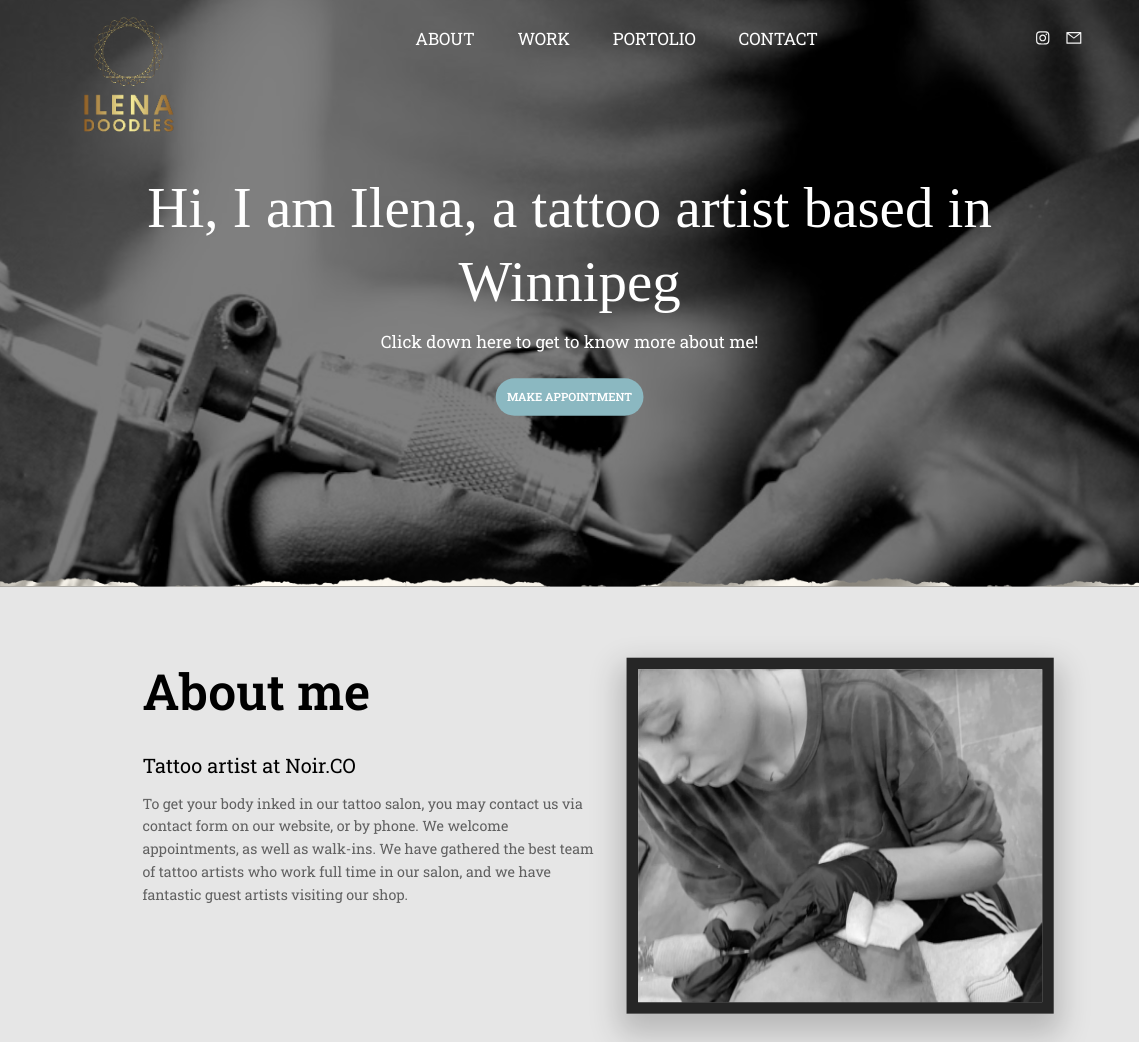
Repository: Leoka2000/Ilena
Page: /
These files come from the project's save history. The page is drawn as it stood at one moment and after a run of saves; the edit follows.
The browser window is 1280 px wide. The pictures show the whole page, at 89% of full size.
Some web fonts or font styles are not loaded; a fallback is used. The project was rebuilt for these pictures with package versions that can differ from the ones it lists, and the page was loaded fresh each time. Also part of the build but not shown: src/App.css.

Above is the page before, as saved 2023-03-02 23:48:38.

### public/index.html
<!DOCTYPE html>
<html lang="en">
  <head>
    <meta charset="utf-8" />
    <link rel="icon" href="%PUBLIC_URL%/favicon.ico" />
    <meta name="viewport" content="width=device-width, initial-scale=1" />
    <meta name="theme-color" content="#000000" />
    <meta
      name="description"
      content="Web site created using create-react-app"
    />
    <link rel="apple-touch-icon" href="%PUBLIC_URL%/logo192.png" />
    <!--
      manifest.json provides metadata used when your web app is installed on a
      user's mobile device or desktop. See https://developers.google.com/web/fundamentals/web-app-manifest/
    -->

    <!-- Gloock -->
    <link rel="preconnect" href="https://fonts.googleapis.com">
<link rel="preconnect" href="https://fonts.gstatic.com" crossorigin>
<link href="https://fonts.googleapis.com/css2?family=Fira+Sans+Extra+Condensed:wght@300&family=Inter:wght@300;400;500;600;700&family=Roboto+Condensed:wght@300&family=Roboto+Slab:wght@400;500;600&display=swap" rel="stylesheet">
    <!-- Gloock -->
    <!-- FONT MULISH -->
    <link rel="preconnect" href="https://fonts.googleapis.com">
<link rel="preconnect" href="https://fonts.gstatic.com" crossorigin>
<link href="https://fonts.googleapis.com/css2?family=Fira+Sans+Extra+Condensed:wght@300&family=Inter:wght@300;400;500;600;700&family=Roboto+Condensed:wght@300&family=Roboto+Slab:wght@400;500;600&display=swap" rel="stylesheet">
    <!-- FONT MULISH -->
    <link rel="manifest" href="%PUBLIC_URL%/manifest.json" />
    <!--
      Notice the use of %PUBLIC_URL% in the tags above.
      It will be replaced with the URL of the `public` folder during the build.
      Only files inside the `public` folder can be referenced from the HTML.

      Unlike "/favicon.ico" or "favicon.ico", "%PUBLIC_URL%/favicon.ico" will
      work correctly both with client-side routing and a non-root public URL.
      Learn how to configure a non-root public URL by running `npm run build`.
    -->
    <title>React App</title>
  </head>
  <body>
    <noscript>You need to enable JavaScript to run this app.</noscript>
    <div id="root"></div>
    <!--
      This HTML file is a template.
      If you open it directly in the browser, you will see an empty page.

      You can add webfonts, meta tags, or analytics to this file.
      The build step will place the bundled scripts into the <body> tag.

      To begin the development, run `npm start` or `yarn start`.
      To create a production bundle, use `npm run build` or `yarn build`.
    -->
  </body>
</html>

### src/App.js
import Home from './pages/home/home'
import './App.css';
import Navbar from './components/navbar';

function App() {
  return (
    <>
      <Navbar/>
    <Home/>
    </>
  );
}

export default App;

### src/pages/home/home.js
import React from 'react'
import Hero from '../hero/hero'
import About from '../about/about'


const home = () => {
  return (
    <>
      <Hero/>
      <About/>
    </>
  )
}

export default home

### src/components/navbar.jsx
import React, { useRef, useState } from 'react'
import './navbar.css'
import { AiOutlineInstagram } from 'react-icons/ai'
import { AiOutlineMail } from 'react-icons/ai'
import Logo from '../assets/brand/logo.png'
import { FaBars } from 'react-icons/fa'
import { FaTimes } from 'react-icons/fa'
import { Link } from 'react-scroll'

const Navbar = () => {
  const navRef = useRef();

  const showNavbar = () => {
    navRef.current.classList.toggle("responsive_nav");
  };

  return (
    <div className='navbar-renderer'>
      <nav ref={navRef}>
        <img src={Logo} />
        <ul>
          <li><Link onClick={showNavbar} spy={true} smooth={true} offset={100} duration={500}>ABOUT</Link></li>
          <li><Link onClick={showNavbar} spy={true} smooth={true} offset={100} duration={500}>WORK</Link></li>
          <li><Link onClick={showNavbar} spy={true} smooth={true} offset={100} duration={500}>PORTOLIO</Link></li>
          <li><Link onClick={showNavbar} spy={true} smooth={true} offset={100} duration={500}>CONTACT</Link></li>
        </ul>
        <div className='navbar-icons-wrapper'>
          <a><AiOutlineInstagram /></a>
          <a><AiOutlineMail /></a>
        </div>
        <button
          className="close"
          onClick={showNavbar}>
          <FaTimes />
        </button>
      </nav>

      <button onClick={showNavbar} className='bars-button'>
        <FaBars className='bars' />
      </button>
    </div>
  )
}

export default Navbar

### src/pages/hero/hero.js
import React from 'react'
import './hero.css'

const hero = () => {
  return (
    <section className='hero-section'>
      <h1>Hi, I am Ilena, a tattoo artist based in Winnipeg</h1>
      <p>Click down here to get to know more about me!</p>
      <button>MAKE APPOINTMENT</button>
    </section>
  )
}

export default hero

### src/pages/about/about.jsx
import React from 'react'
import './about.css'
import Illena from '../../assets/brand/Illena.jpg'
import Illena2 from '../../assets/brand/Illena2.jpg'

const About = () => {
  return (
    <section className='about-section'>
      <div className='left-about'>
        <h1>About me</h1>
        <h3>Tattoo artist at Noir.CO</h3>
        <p>To get your body inked in our tattoo salon, you may contact us via contact form on our website, or by phone. We welcome appointments, as well as walk-ins. We have gathered the best team of tattoo artists who work full time in our salon, and we have fantastic guest artists visiting our shop.</p>
      </div>
      <div className='right-about'>
        <div className='img-thumbnail'><img src={Illena2}/></div>
      </div>
    </section>
  )
}

export default About

### src/components/navbar.css
.navbar-renderer {
    display: flex;
    justify-content: center;
    position:absolute;
    width: 100%;
    z-index: 1;
}
nav {
    display: flex;
    height: 85px;
background-color: transparent;
justify-content: space-between;
align-items: center;
width: 90%;
font-family: 'Fira Sans Extra Condensed', sans-serif;
font-family: 'Inter', sans-serif;
font-family: 'Roboto Condensed', sans-serif;
font-family: 'Roboto Slab', serif;

}
nav > img {
width: 10rem;
height: 10rem;
margin-top: 5rem;
}

nav > ul {
    display: flex;
    gap: 3rem;
    font-size: 1.2rem;
    color: white;
}
nav > ul > li:hover {
    color: rgb(133, 113, 0);
}
nav > ul > li {
   list-style: none;
   cursor: pointer;
   transition: 0.5s;

}
.navbar-icons-wrapper {
    display: flex;
    color: whitesmoke;
    font-size: 1.2rem;
    gap: 1rem;

}
.navbar-icons-wrapper > a > svg {
    transition: 0.4s;
}
.navbar-icons-wrapper > a > svg:hover {
    cursor: pointer;
    color: rgb(133, 113, 0);
}
.bars-button {
    position: fixed;
    right: 10rem;
    font-size: 2rem;
    background-color: transparent;
    outline: none;
    border: none;
    cursor: pointer;
    display: none;
}
.close {
    display: none;
}
@media only screen and (max-width: 1024px) {
    .bars-button {
        position: fixed;
        right: 1.5em;
        top: 1.5rem;
        font-size: 2rem;
        background-color: transparent;
        outline: none;
        border: none;
        cursor: pointer;
        display: flex;
    }
    .close {
        position: absolute;
		top: 1.5rem;
		right: 1.5rem;
        color: rgb(0, 0, 0);
        background: transparent;
	border: none;
	outline: none;
    display: flex;
    font-size: 1.7rem;
    cursor: pointer;
     }
    .responsive_nav{
		transform: none;
        display: flex;
        justify-content: flex-start;
		width: 100%;


	}
	nav {
        position: fixed;
		top: 0rem;
		left: 0rem;
		height: 100%;
		width: 100%;
		display: flex;
		flex-direction: column;
		align-items: center;
		justify-content: flex-start;
		gap: 2rem;
        text-align: center;
		padding-top: 5rem;
		transition: 0.8s;
		transform: translateY(-200vh);
        color: #677294;
		/* IMPORTANTE */
		background-color: rgb(206, 206, 206);
        z-index: 50;
	/* aqui que a magica acontece, esse é mt importante */
	}
}

### src/pages/hero/hero.css
.hero-section {
  position: relative;
  padding: 12rem 0 12rem 0;
  background-image: url('../../assets/brand/hero-img.png');
  object-fit: contain;
  background-position: top;
  background-attachment: scroll;
  z-index: 0;
  display: flex;
  justify-content: center;
  flex-direction: column;
  align-items: center;
  text-align: center;
  color: white;
  gap: 0.8rem;
}

.hero-section::after {
    position: absolute; /*IMPORTANT!*/
    background-color: transparent;
    content: "";
    width: 100%;
    height: 10px;
    mix-blend-mode:difference;
    left: 0;
    z-index: 1;
    bottom: 0rem;
background: url(../../assets/brand/overlay-bottom.png);
}
.hero-section::before {
  content: "";
  position: absolute;
  top: 0;
  left: 0;
  width: 100%;
  height: 100%;
  background-color: rgba(0, 0, 0, 0.5); /* adjust the opacity as needed */
  filter: brightness(0.7); /* apply the filter to the overlay */
  z-index: -1;
}

.hero-section > h1 {
  font-family: 'Gloock', serif;
  font-size: 4rem;
  width: 80%;
  filter: brightness(100%);
  color: rgb(255, 255, 255);
  line-height: 1.3;
}

.hero-section > p {
  color: rgb(255, 255, 255);
  font-size: 1.2rem;
font-family: 'Roboto Slab', serif;

}
.hero-section > button {
    background: #8bb8c1;
    padding: 0.8rem;
    border-radius: 24px;
    border: none;
    color: white;
    font-family: 'Roboto Slab', serif;
    margin-top: 1rem;
    font-weight: 900;
    font-size: 0.8rem;
    cursor: pointer;
    z-index: 0;
    transition: 0.3s;
    transform: scale(1,1);
}

.hero-section > button:hover {
    background: #ffffff;
   color: black;
    font-size: 0.9rem;
    z-index: 0;
}

### src/pages/about/about.css
.about-section {
    padding: 5rem 6rem 2rem 10rem;
    background-color: #e6e6e6;
    display: flex;
    justify-content: space-around;
    font-family: 'Roboto Slab', serif;
}

.left-about  {
    padding-right: 2rem;
}
.left-about > h1 {
    font-size: 3.5rem;
    margin-bottom: 2rem;
    font-weight: 900;
}
.left-about > p  {
    color: rgb(97, 97, 97);
    line-height: 1.6;
    max-width: 700px;


}
 .left-about > h3  {
    color: rgb(0, 0, 0);
    font-size: 1.4rem;

}
.left-about > h3 {
    margin-bottom: 1rem;
}
.img-thumbnail {
    width: 30rem;
    height: 25rem
}
.img-thumbnail > img {
    height: 100%;
    width: 100%;
    object-fit: cover;
    border: 13px solid #25262f;
    filter: grayscale(1);
padding: 0;
box-shadow: 0 16px 32px 8px rgba(0, 0, 0, 0.2);
}

Loaded but not shown: src/index.js (common file); src/index.css (common file)

After the next 3 saves:
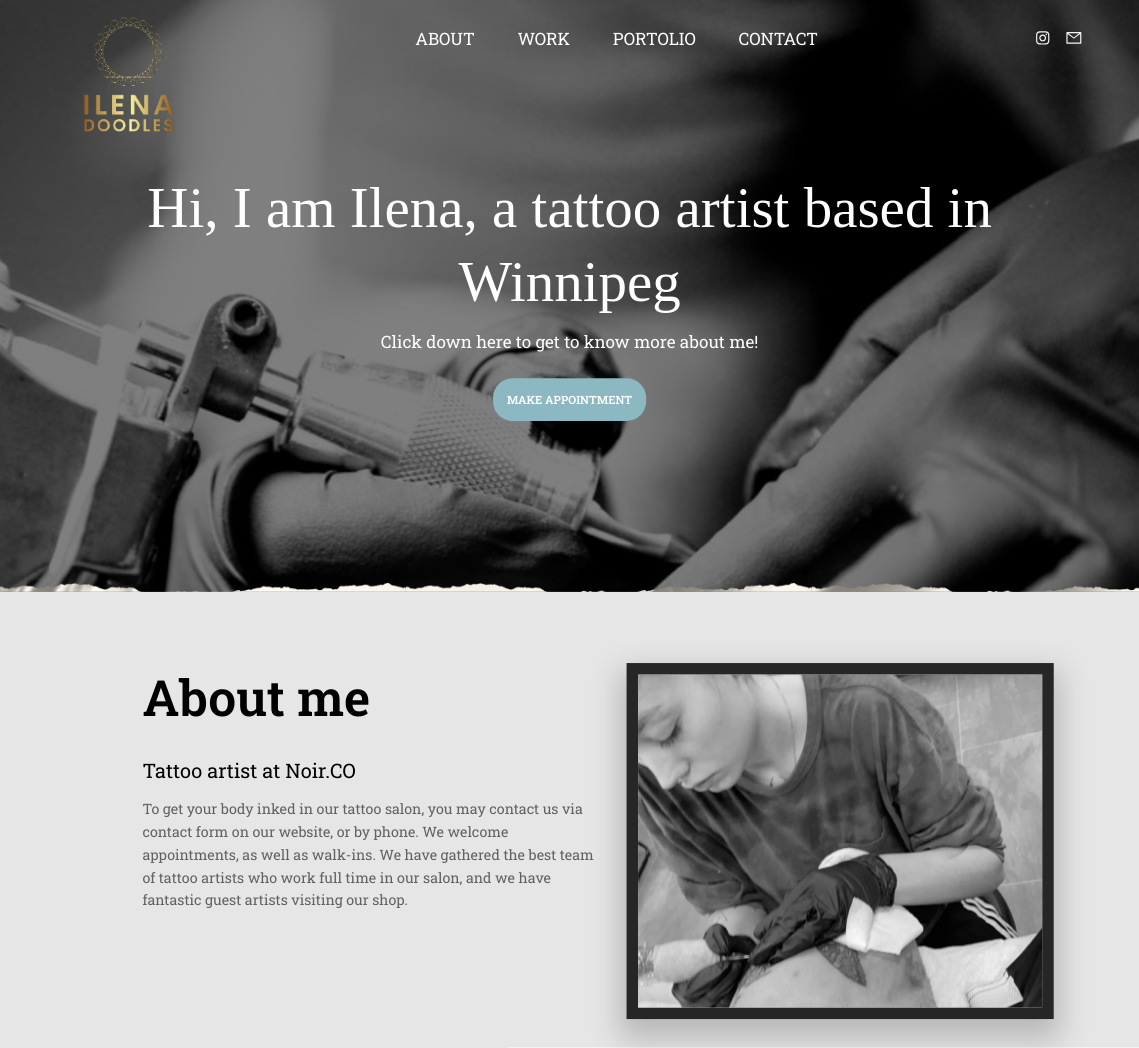
The 3 saves are shown as one change because they came seconds apart.
The last was saved 16 s later.
--- a/src/pages/hero/hero.css
+++ b/src/pages/hero/hero.css
@@ -56,8 +56,8 @@ font-family: 'Roboto Slab', serif;
 }
 .hero-section > button {
     background: #8bb8c1;
-    padding: 0.8rem;
-    border-radius: 24px;
+    padding: 1rem;
+    border-radius: 22px;
     border: none;
     color: white;
     font-family: 'Roboto Slab', serif;
